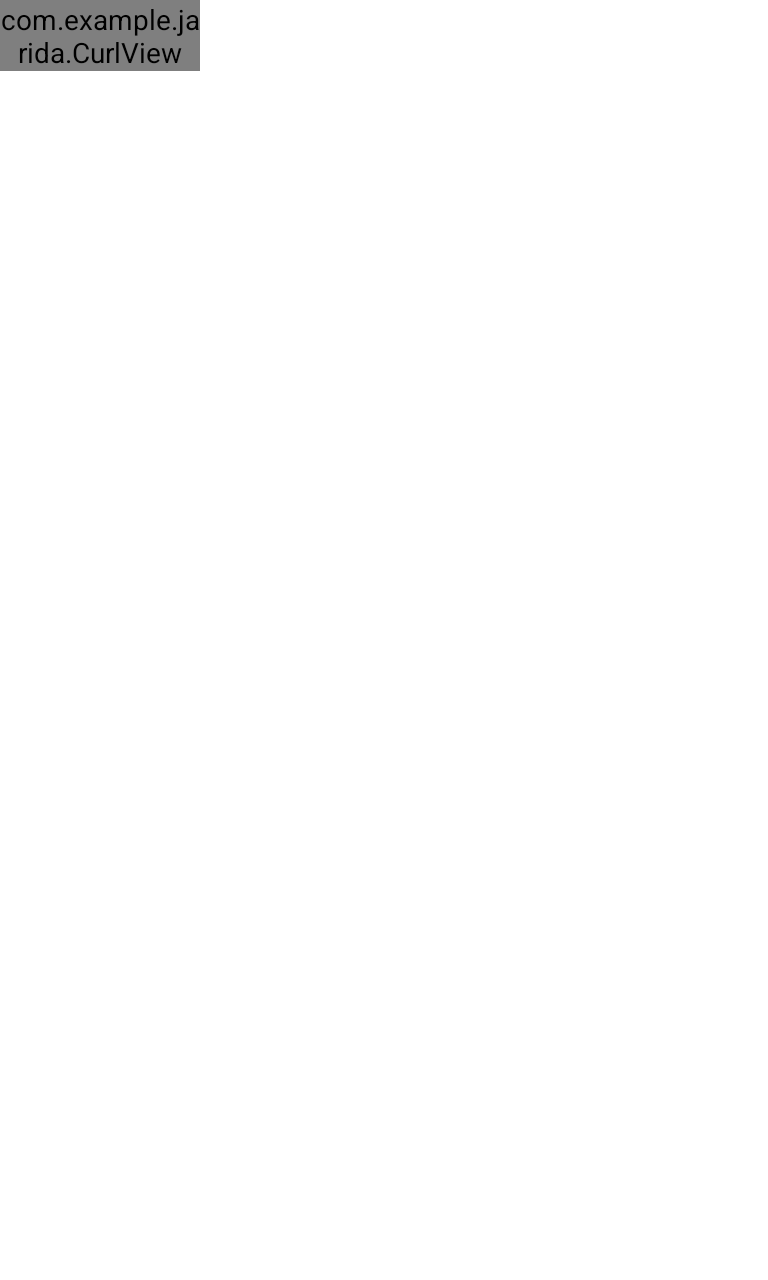
Repository: erwasambo/greendevelopment
Layout: GreenDevelopment/Jarida/res/layout/newspaperview.xml
An editor plug-in stored every save of this project. The layout is shown before and after the next save, followed by the edit.
Pictures or frames that could not be fetched are drawn as grey boxes. It is drawn on a 768 x 1280 px phone screen (xhdpi) without system bars, with theme AppTheme; the app's code is not run.

Above is the layout before, as saved 2013-11-28 16:05:42.

### GreenDevelopment/Jarida/res/layout/newspaperview.xml
<?xml version="1.0" encoding="utf-8"?>
<ScrollView xmlns:android="http://schemas.android.com/apk/res/android"
    android:layout_width="match_parent"
    android:layout_height="match_parent" >

    <LinearLayout
        android:layout_width="match_parent"
        android:layout_height="match_parent"
        android:orientation="vertical" >

        <com.example.jarida.CurlView
			xmlns:android="http://schemas.android.com/apk/res/android"
			android:layout_width="100dp"
			android:layout_height="fill_parent"
			android:id="@+id/curl" />


    </LinearLayout>


</ScrollView>

### GreenDevelopment/Jarida/res/values/styles.xml
<resources>

    <!--
        Base application theme, dependent on API level. This theme is replaced
        by AppBaseTheme from res/values-vXX/styles.xml on newer devices.
    -->
    <style name="AppBaseTheme" parent="android:Theme.Light">
        <!--
            Theme customizations available in newer API levels can go in
            res/values-vXX/styles.xml, while customizations related to
            backward-compatibility can go here.
        -->
    </style>

    <!-- Application theme. -->
    <style name="AppTheme" parent="AppBaseTheme">
        <!-- All customizations that are NOT specific to a particular API-level can go here. -->
    </style>


</resources>

Loaded but not shown: GreenDevelopment/Jarida/res/values-v11/styles.xml (common file); GreenDevelopment/Jarida/res/values-v14/styles.xml (common file)

After the next save:
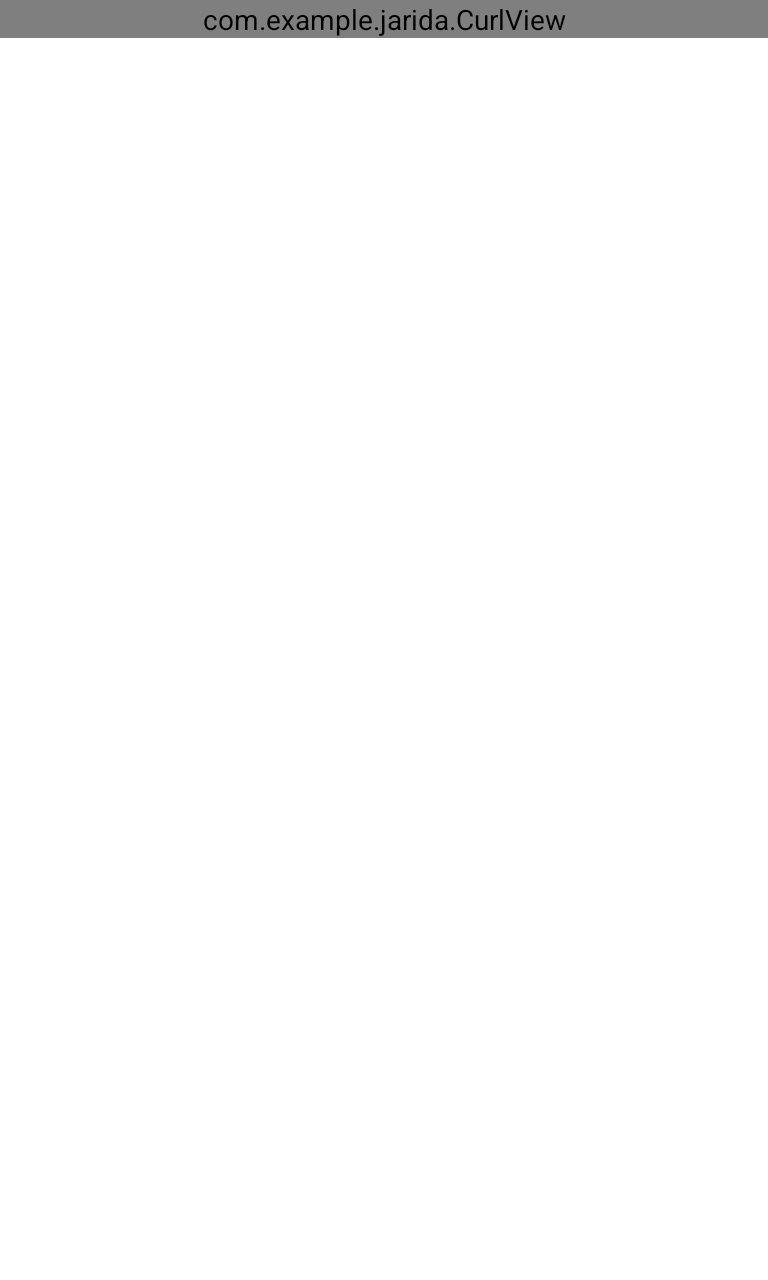
Saved 36 s later.
--- a/GreenDevelopment/Jarida/res/layout/newspaperview.xml
+++ b/GreenDevelopment/Jarida/res/layout/newspaperview.xml
@@ -10,7 +10,7 @@
 
         <com.example.jarida.CurlView
 			xmlns:android="http://schemas.android.com/apk/res/android"
-			android:layout_width="100dp"
+			android:layout_width="fill_parent"
 			android:layout_height="fill_parent"
 			android:id="@+id/curl" />
 
